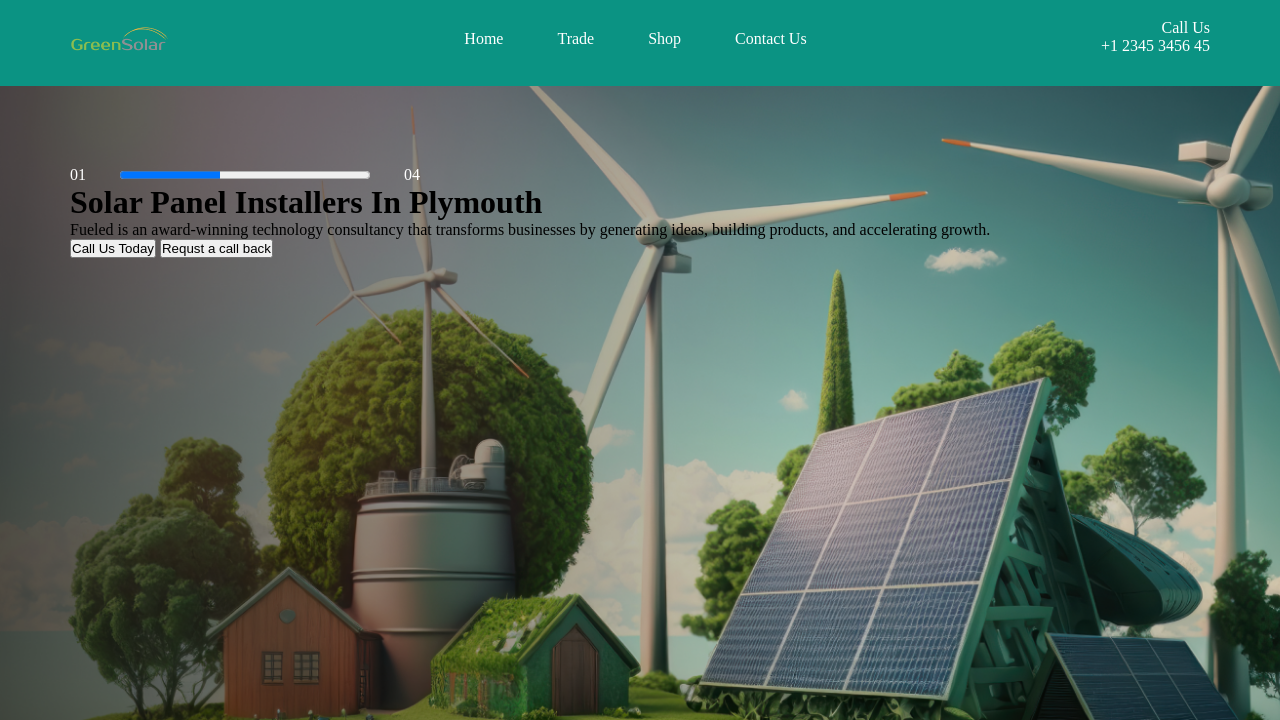
Repository: zeinawady/Solar-Company-Template
Page: index.html
These files come from the project's save history. The page is drawn as it stood at one moment and after the next save; the edit follows.
The browser window is 1280 px wide. The pictures show the whole page.

Above is the page before, as saved 2024-09-17 17:05:19.

### index.html
<!DOCTYPE html>
<html lang="en">

<head>
    <meta charset="UTF-8">
    <meta name="viewport" content="width=device-width, initial-scale=1.0">
    <title>Solar Company</title>
    <link rel="stylesheet" href="css/style.css">
    <link rel="stylesheet" href="css/all.min.css">
</head>

<body>
    <!-- start header -->
    <header>
        <div class="container">
            <img src="images/Logo.png" width="100" alt="logo" class="logo">
            <nav>
                <ul class="nav-links">
                    <li><a href="#">Home</a></li>
                    <li><a href="#">Trade</a></li>
                    <li><a href="#">Shop</a></li>
                    <li><a href="#">Contact Us</a></li>
                </ul>
            </nav>
            <div class="nav-info">
                <div>Call Us</div>
                <div>+1 2345 3456 45</div>

            </div>
            <div class="burger">
                <i class="fas fa-bars"></i>
                <ul class="navHover">
                    <li><a href="#">Home</a></li>
                    <li><a href="#">Trade</a></li>
                    <li><a href="#">Shop</a></li>
                    <li><a href="#">Contact Us</a></li>
                </ul>

            </div>
        </div>
    </header>

    <!-- end header -->

    <!-- start landing -->
    <div class="landing">
        <div class="container">
            <div class="progress-container">
                <span>01</span>
                <progress value="40" max="100"></progress>
                <span>04</span>
            </div>
            <h1 class="main-text">Solar Panel Installers In Plymouth</h1>
  <div class="sub-text">
    Fueled is an award-winning technology consultancy that transforms businesses by generating ideas, building products, and accelerating growth.
  </div>

  <div class="btn-container">
  <button class="btn">Call Us Today</button>
  <button class="btn yellow-bt">Requst a call back</button>
</div>
        </div>
    </div>
    <!-- end landing -->

</body>

</html>

### css/style.css
*{
    margin: 0;
    padding: 0;
    box-sizing: border-box;
}
html{
    scroll-behavior: smooth;
}
.container{
    padding-left: 15px;
    padding-right: 15px;
    margin: 0 auto;
    max-width: 1170px; /* Set a maximum width */
    width: 100%;
}
ul{
    list-style: none;
}
a{
    text-decoration: none;
}
:root{
    --main-color: hsla(173, 86%, 31%, 1);
    --secondary-color:hsla(42, 100%, 55%, 1);
    --font-color: hsla(221, 43%, 11%, 1);

}
@media (min-width:768px) {
    .container {
        width: 750px;
    }

}

@media (min-width:992px) {
    .container {
        width: 970px;
    }
}

@media (min-width:1200px) {
    .container {
        width: 1170px;
    }
}

/* start header */
header{
    background-color: var(--main-color);
height: 86px;
}
header .container{
    display: flex;
    justify-content: space-between;
    align-items: center;

}
.nav-links li{
    display: inline-block;
    padding: 30px 25px;

}
.nav-links li a{
    color: hsla(0, 0%, 100%, 1);
    transition: all 0.3s ease 0s;
}
.nav-info{
    color: hsla(0, 0%, 100%, 1);
padding-bottom: 5px;
display: flex;
flex-direction: column;
align-items: flex-end;
}
.burger{
    display: none;
    color: hsla(0, 0%, 100%, 1) ;
    font-size: 30px;
    cursor: pointer;
    position: relative;
}

@media (max-width:768px){
    .burger{
        display: block;
        padding-top: 24px;
        position: relative;
        z-index: 10;
    }
    .navHover , .nav-links {
        display: none;
    }
    .nav-info{
        display: none;
    }
    .burger:hover .navHover{
        display: block;
        position: absolute;
        top: 86px;
        right: 15px;
        background-color:rgb(255, 250, 244);
        z-index: 99;
        border-radius: 15px;
        padding: 20px;
        box-shadow: 0 4px 8px rgba(0, 0, 0, 0.1);
    }
}

/* end header */

/* start landing */

.landing{
    background-image: url(../images/solar-panels-meadow\ 1.png);
    background-size: cover;
    height: calc(100vh - 86px);
}
.landing .container{
    padding-top: 80px;
}
.progress-container span{
    color: white;
font-weight: 500;
}
.progress-container span:first-child{
padding-right:30px;

}
.progress-container span:last-child{
    padding-left: 30px;
}
.progress-container progress{
   width: 250px;
}
/* end landing */

Loaded but not shown: css/all.min.css (library)

After the next save:
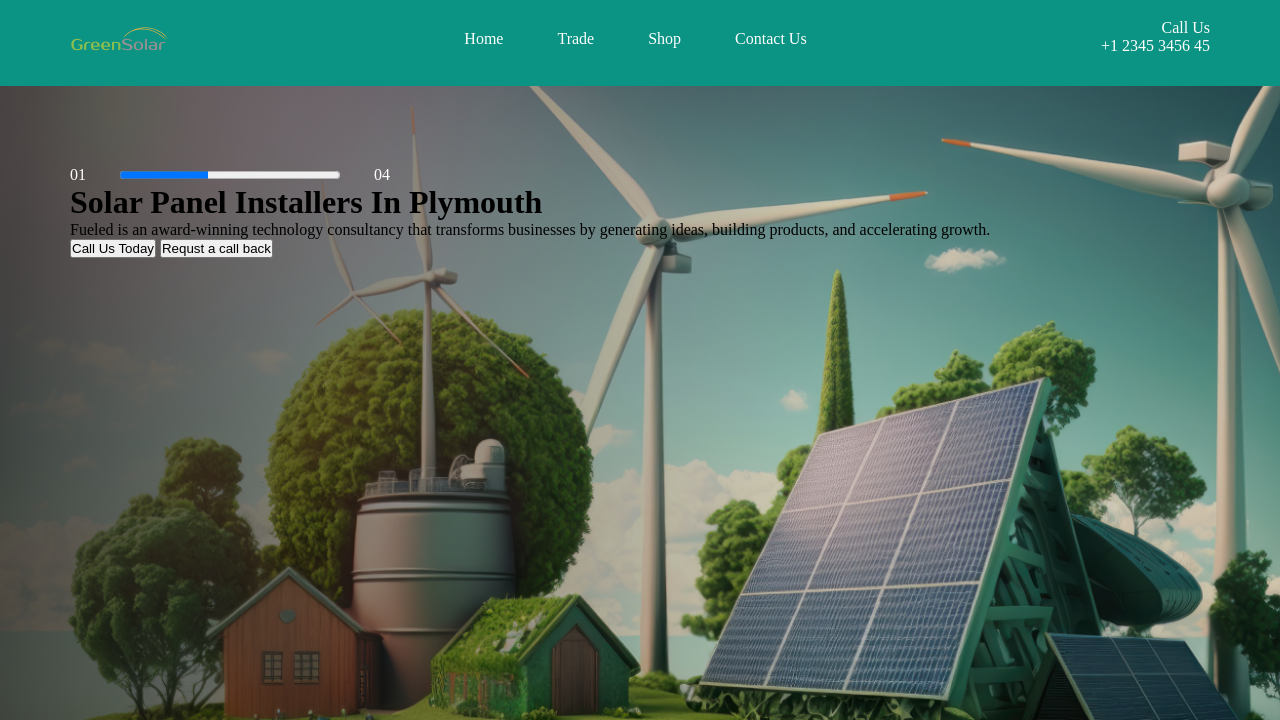
Saved 20 s later.
--- a/css/style.css
+++ b/css/style.css
@@ -129,6 +129,6 @@ padding-right:30px;
     padding-left: 30px;
 }
 .progress-container progress{
-   width: 250px;
+   width: 220px;
 }
 /* end landing */
